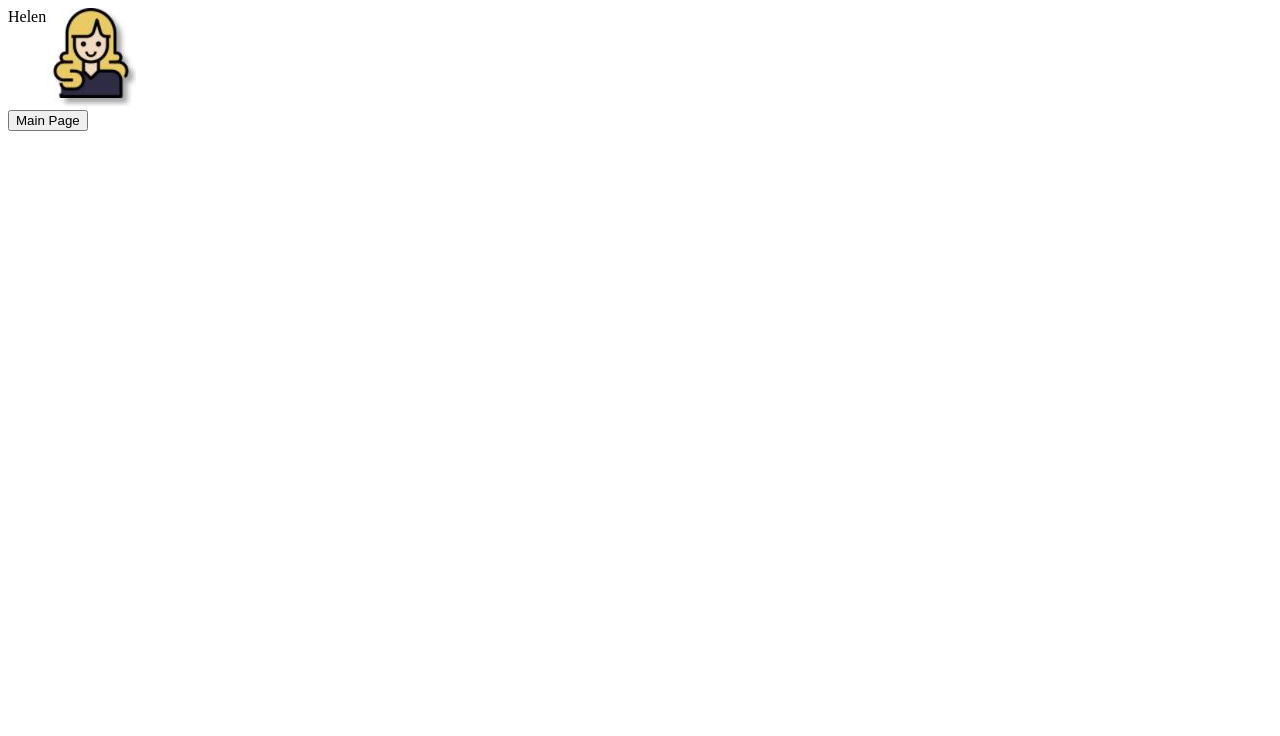
Repository: Team-Extrememe/Online-Study-Room
Page: profile.html
An editor plug-in stored every save of this project. The page is shown before and after the next save, followed by the edit.
The browser window is 1280 px wide. The pictures show the whole page.

Above is the page before, as saved 2021-10-17 13:40:06.

### profile.html
<!DOCTYPE html>
<html lang="en">
<head>
    <meta charset="UTF-8">
    <meta http-equiv="X-UA-Compatible" content="IE=edge">
    <meta name="viewport" content="width=device-width, initial-scale=1.0">
    <link rel="stylesheet" href="css/profile.css">
    <title>My Profile</title>
</head>
<body>
    <div class="flex_container">
        <div class="flex_left">
            <div class="group">
                <img src="Images/profile_icon.JPG" alt="profile_icon">
                <span class="user_name">Helen</span>
            </div>
            <button class="main_button">Main Page</button>
        </div>
        <div class="flex_right">

        </div>
    </div>

</body>
</html>

### css/profile.css
.flex_container{
    display: flex;
    flex-direction: row;
}

.flex_left{
    width: 15%;
    height: 100vh;
}

.flex_right{
    width: 85%;
    height: 100vh;
}

.user_name{
    float: left;

}

After the next save:
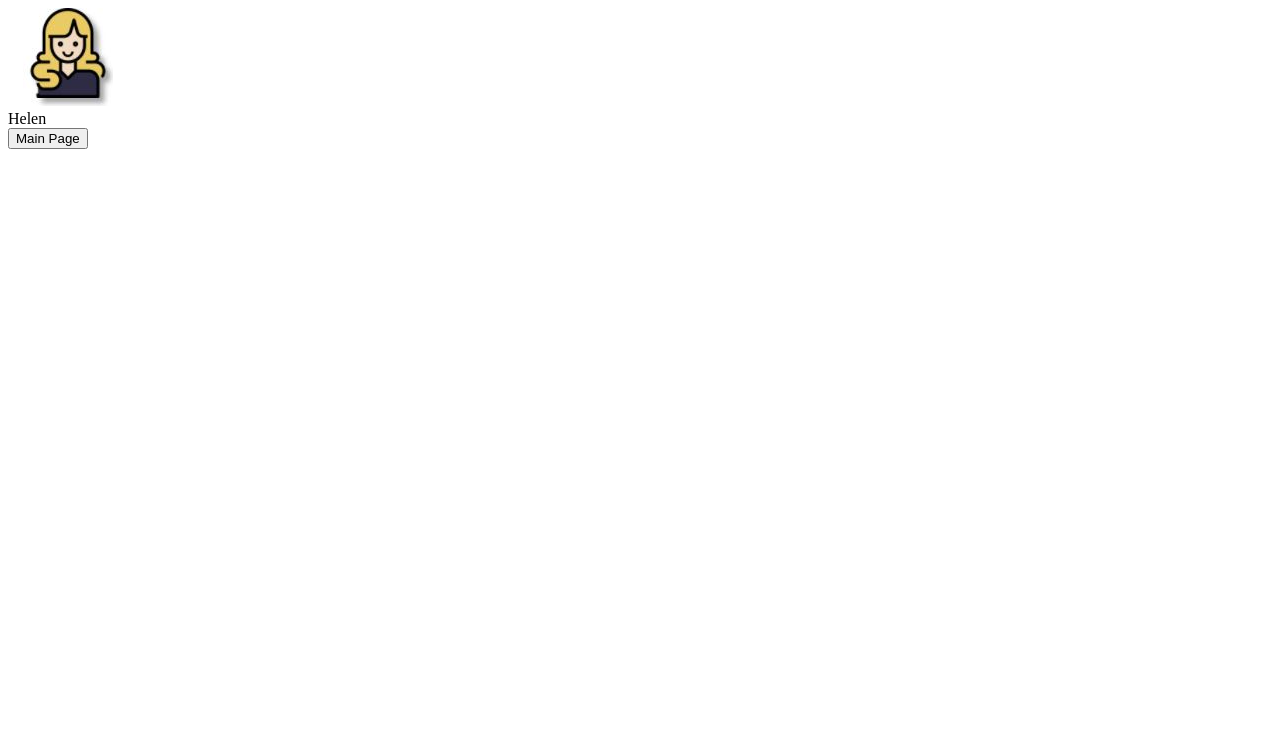
Saved 52 s later.
--- a/css/profile.css
+++ b/css/profile.css
@@ -13,7 +13,14 @@
     height: 100vh;
 }
 
+.group{
+    vertical-align: top;
+    display: inline-block;
+    text-align: center;
+    width: 120px;
+}
+
 .user_name{
     float: left;
-
+    display: block;
 }
